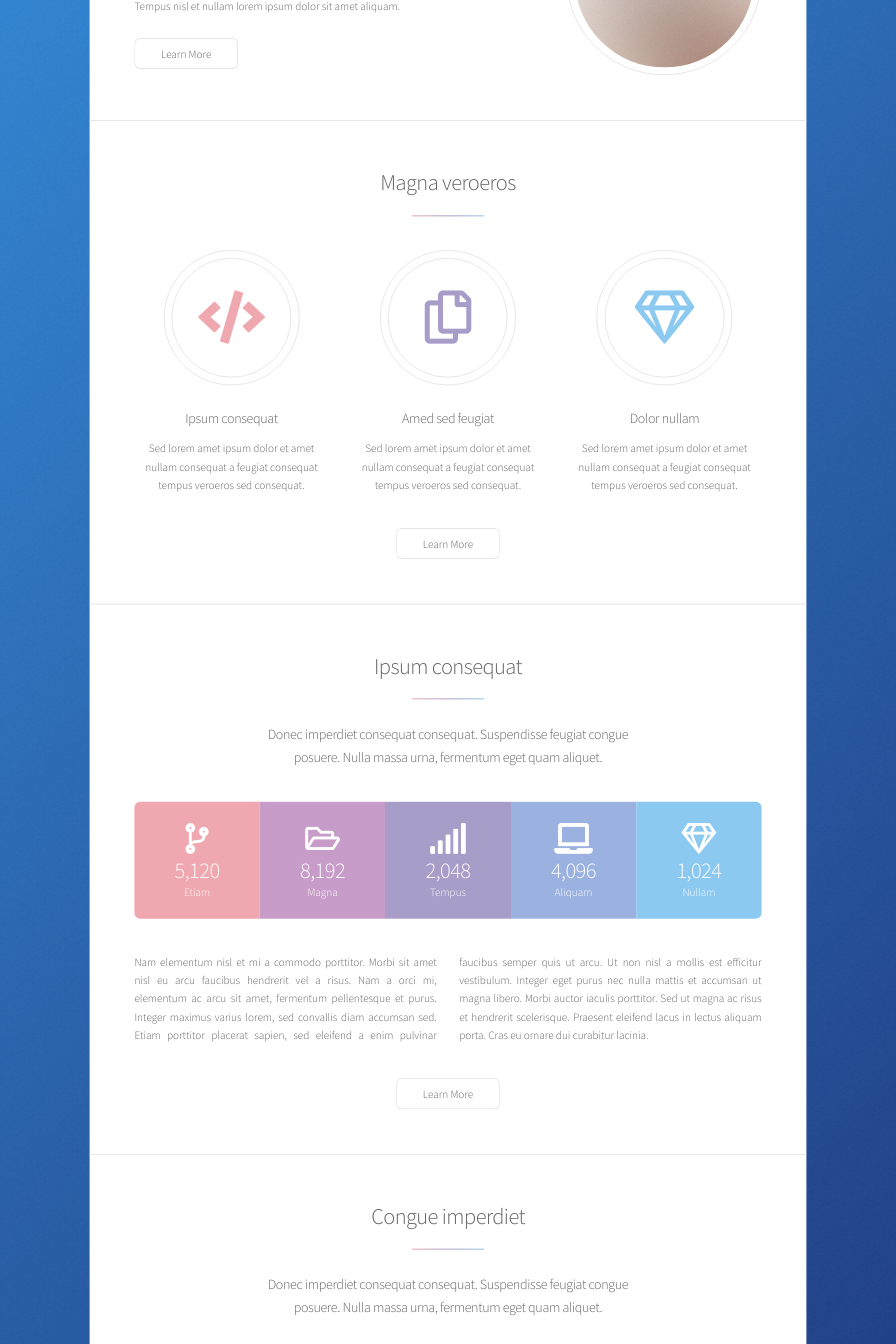
Repository: France-Alliance/France-Alliance.github.io
Page: index.html
An editor plug-in stored every save of this project. The page is shown before and after the next save, followed by the edit.
The browser window is 1280 px wide. The pictures show the part of the page from y = 818 to 2738 px (the page is 3359 px tall before and 3455 px after), at 70% of full size.

Above is the page before, as saved 2021-04-06 08:32:41.

### index.html
<!DOCTYPE HTML>
<!--
	From Stellar by HTML5 UP
	html5up.net | @ajlkn
	Free for personal and commercial use under the CCA 3.0 license (html5up.net/license)
-->
<html>
	<head>
		<title>France Alliance</title>
		<meta charset="utf-8" />
		<meta name="viewport" content="width=device-width, initial-scale=1, user-scalable=no" />
		<link rel="stylesheet" href="assets/css/main.css" />
		<noscript><link rel="stylesheet" href="assets/css/noscript.css" /></noscript>
		<script src="https://twemoji.maxcdn.com/v/latest/twemoji.min.js" crossorigin="anonymous"></script>
	</head>
	<body class="is-preload">

		<!-- Wrapper -->
			<div id="wrapper">

				<!-- Header -->
					<header id="header" class="alt">
						<span class="logo"><img src="images/Fichier 1.png" alt="" /></span>
						<h1>France Alliance</h1>
						<p>An alliance by players, for players !<br>
						Come and fly with us ! We speak french and english !<br>
						<br><u>Join us on twitter (<a href="https://twitter.com/FranceAlliance">@FranceAlliance</a>) and Instagram (<a href="https://www.instagram.com/francealliance/">@francealliance</a>) !</u></p>
					</header>

				<!-- Nav -->
					<nav id="nav">
						<ul>
							<li><a href="#intro" class="active">Introduction</a></li>
							<li><a href="#first">Aquila</a></li>
							<li><a href="#second">Pyxis</a></li>
							<li><a href="#cta">Cygnus</a></li>
						</ul>
					</nav>

				<!-- Main -->
					<div id="main">

						<!-- Introduction -->
							<section id="intro" class="main">
								<div class="spotlight">
									<div class="content">
										<header class="major">
											<h2>Ipsum sed adipiscing</h2>
										</header>
										<p>Sed lorem ipsum dolor sit amet nullam consequat feugiat consequat magna
										adipiscing magna etiam amet veroeros. Lorem ipsum dolor tempus sit cursus.
										Tempus nisl et nullam lorem ipsum dolor sit amet aliquam.</p>
										<ul class="actions">
											<li><a href="generic.html" class="button">Learn More</a></li>
										</ul>
									</div>
									<span class="image"><img src="images/pic01.jpg" alt="" /></span>
								</div>
							</section>

						<!-- First Section -->
							<section id="second" class="main special">
								<header class="major">
									<h2>Magna veroeros</h2>
								</header>
								<ul class="features">
									<li>
										<span class="icon solid major style1 fa-code"></span>
										<h3>Ipsum consequat</h3>
										<p>Sed lorem amet ipsum dolor et amet nullam consequat a feugiat consequat tempus veroeros sed consequat.</p>
									</li>
									<li>
										<span class="icon major style3 fa-copy"></span>
										<h3>Amed sed feugiat</h3>
										<p>Sed lorem amet ipsum dolor et amet nullam consequat a feugiat consequat tempus veroeros sed consequat.</p>
									</li>
									<li>
										<span class="icon major style5 fa-gem"></span>
										<h3>Dolor nullam</h3>
										<p>Sed lorem amet ipsum dolor et amet nullam consequat a feugiat consequat tempus veroeros sed consequat.</p>
									</li>
								</ul>
								<footer class="major">
									<ul class="actions special">
										<li><a href="generic.html" class="button">Learn More</a></li>
									</ul>
								</footer>
							</section>

						<!-- Second Section -->
							<section id="second" class="main special">
								<header class="major">
									<h2>Ipsum consequat</h2>
									<p>Donec imperdiet consequat consequat. Suspendisse feugiat congue<br />
									posuere. Nulla massa urna, fermentum eget quam aliquet.</p>
								</header>
								<ul class="statistics">
									<li class="style1">
										<span class="icon solid fa-code-branch"></span>
										<strong>5,120</strong> Etiam
									</li>
									<li class="style2">
										<span class="icon fa-folder-open"></span>
										<strong>8,192</strong> Magna
									</li>
									<li class="style3">
										<span class="icon solid fa-signal"></span>
										<strong>2,048</strong> Tempus
									</li>
									<li class="style4">
										<span class="icon solid fa-laptop"></span>
										<strong>4,096</strong> Aliquam
									</li>
									<li class="style5">
										<span class="icon fa-gem"></span>
										<strong>1,024</strong> Nullam
									</li>
								</ul>
								<p class="content">Nam elementum nisl et mi a commodo porttitor. Morbi sit amet nisl eu arcu faucibus hendrerit vel a risus. Nam a orci mi, elementum ac arcu sit amet, fermentum pellentesque et purus. Integer maximus varius lorem, sed convallis diam accumsan sed. Etiam porttitor placerat sapien, sed eleifend a enim pulvinar faucibus semper quis ut arcu. Ut non nisl a mollis est efficitur vestibulum. Integer eget purus nec nulla mattis et accumsan ut magna libero. Morbi auctor iaculis porttitor. Sed ut magna ac risus et hendrerit scelerisque. Praesent eleifend lacus in lectus aliquam porta. Cras eu ornare dui curabitur lacinia.</p>
								<footer class="major">
									<ul class="actions special">
										<li><a href="generic.html" class="button">Learn More</a></li>
									</ul>
								</footer>
							</section>

						<!-- Get Started -->
							<section id="cta" class="main special">
								<header class="major">
									<h2>Congue imperdiet</h2>
									<p>Donec imperdiet consequat consequat. Suspendisse feugiat congue<br />
									posuere. Nulla massa urna, fermentum eget quam aliquet.</p>
								</header>
								<footer class="major">
									<ul class="actions special">
										<li><a href="generic.html" class="button primary">Get Started</a></li>
										<li><a href="generic.html" class="button">Learn More</a></li>
									</ul>
								</footer>
							</section>

					</div>

				<!-- Footer -->
					<footer id="footer">
						<section>
							<h2>Aliquam sed mauris</h2>
							<p>Sed lorem ipsum dolor sit amet et nullam consequat feugiat consequat magna adipiscing tempus etiam dolore veroeros. eget dapibus mauris. Cras aliquet, nisl ut viverra sollicitudin, ligula erat egestas velit, vitae tincidunt odio.</p>
							<ul class="actions">
								<li><a href="generic.html" class="button">Learn More</a></li>
							</ul>
						</section>
						<section>
							<h2>Etiam feugiat</h2>
							<dl class="alt">
								<dt>Address</dt>
								<dd>1234 Somewhere Road &bull; Nashville, TN 00000 &bull; USA</dd>
								<dt>Phone</dt>
								<dd>(000) 000-0000 x 0000</dd>
								<dt>Email</dt>
								<dd><a href="#">information@untitled.tld</a></dd>
							</dl>
							<ul class="icons">
								<li><a href="#" class="icon brands fa-twitter alt"><span class="label">Twitter</span></a></li>
								<li><a href="#" class="icon brands fa-facebook-f alt"><span class="label">Facebook</span></a></li>
								<li><a href="#" class="icon brands fa-instagram alt"><span class="label">Instagram</span></a></li>
								<li><a href="#" class="icon brands fa-github alt"><span class="label">GitHub</span></a></li>
								<li><a href="#" class="icon brands fa-dribbble alt"><span class="label">Dribbble</span></a></li>
							</ul>
						</section>
						<p class="copyright">&copy; Untitled. Design: <a href="https://html5up.net">HTML5 UP</a>.</p>
					</footer>

			</div>

		<!-- Scripts -->
			<script src="assets/js/jquery.min.js"></script>
			<script src="assets/js/jquery.scrollex.min.js"></script>
			<script src="assets/js/jquery.scrolly.min.js"></script>
			<script src="assets/js/browser.min.js"></script>
			<script src="assets/js/breakpoints.min.js"></script>
			<script src="assets/js/util.js"></script>
			<script src="assets/js/main.js"></script>

	</body>
</html>

Loaded but not shown: assets/css/fontawesome-all.min.css (library); assets/js/jquery.min.js (library); assets/js/jquery.scrollex.min.js (common file); assets/js/jquery.scrolly.min.js (common file); assets/js/browser.min.js (common file); assets/js/breakpoints.min.js (common file); assets/js/util.js (587 lines, source omitted); assets/js/main.js (123 lines, source omitted); assets/css/main.css (3784 lines, source omitted)

After the next save:
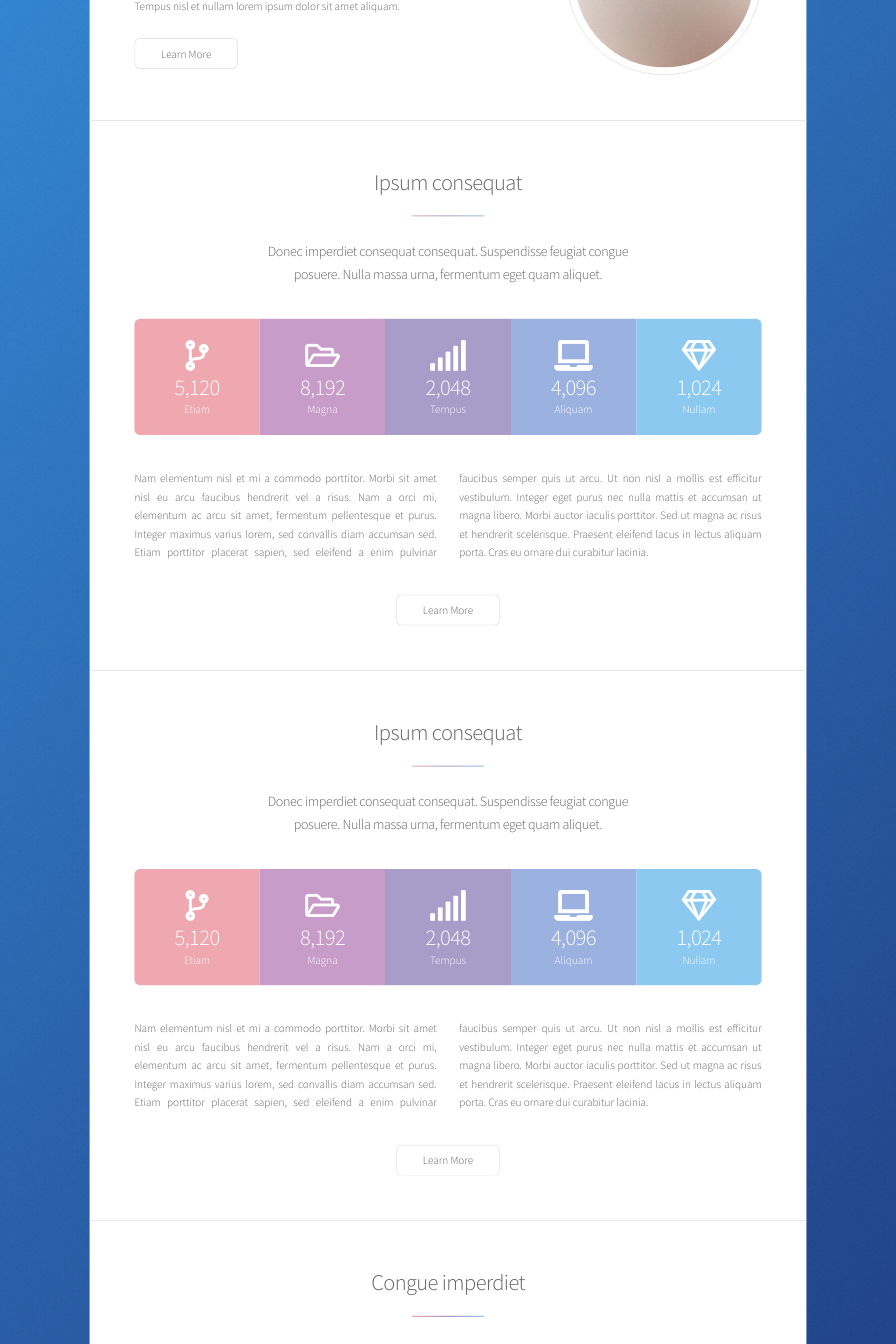
Saved 117 s later.
--- a/index.html
+++ b/index.html
@@ -58,7 +58,44 @@
 								</div>
 							</section>
 
-						<!-- First Section -->
+							<!-- First Section -->
+							<section id="first" class="main special">
+								<header class="major">
+									<h2>Ipsum consequat</h2>
+									<p>Donec imperdiet consequat consequat. Suspendisse feugiat congue<br />
+									posuere. Nulla massa urna, fermentum eget quam aliquet.</p>
+								</header>
+								<ul class="statistics">
+									<li class="style1">
+										<span class="icon solid fa-code-branch"></span>
+										<strong>5,120</strong> Etiam
+									</li>
+									<li class="style2">
+										<span class="icon fa-folder-open"></span>
+										<strong>8,192</strong> Magna
+									</li>
+									<li class="style3">
+										<span class="icon solid fa-signal"></span>
+										<strong>2,048</strong> Tempus
+									</li>
+									<li class="style4">
+										<span class="icon solid fa-laptop"></span>
+										<strong>4,096</strong> Aliquam
+									</li>
+									<li class="style5">
+										<span class="icon fa-gem"></span>
+										<strong>1,024</strong> Nullam
+									</li>
+								</ul>
+								<p class="content">Nam elementum nisl et mi a commodo porttitor. Morbi sit amet nisl eu arcu faucibus hendrerit vel a risus. Nam a orci mi, elementum ac arcu sit amet, fermentum pellentesque et purus. Integer maximus varius lorem, sed convallis diam accumsan sed. Etiam porttitor placerat sapien, sed eleifend a enim pulvinar faucibus semper quis ut arcu. Ut non nisl a mollis est efficitur vestibulum. Integer eget purus nec nulla mattis et accumsan ut magna libero. Morbi auctor iaculis porttitor. Sed ut magna ac risus et hendrerit scelerisque. Praesent eleifend lacus in lectus aliquam porta. Cras eu ornare dui curabitur lacinia.</p>
+								<footer class="major">
+									<ul class="actions special">
+										<li><a href="generic.html" class="button">Learn More</a></li>
+									</ul>
+								</footer>
+							</section>
+
+						<!-- First Section Example
 							<section id="second" class="main special">
 								<header class="major">
 									<h2>Magna veroeros</h2>
@@ -86,6 +123,7 @@
 									</ul>
 								</footer>
 							</section>
+						-->
 
 						<!-- Second Section -->
 							<section id="second" class="main special">
